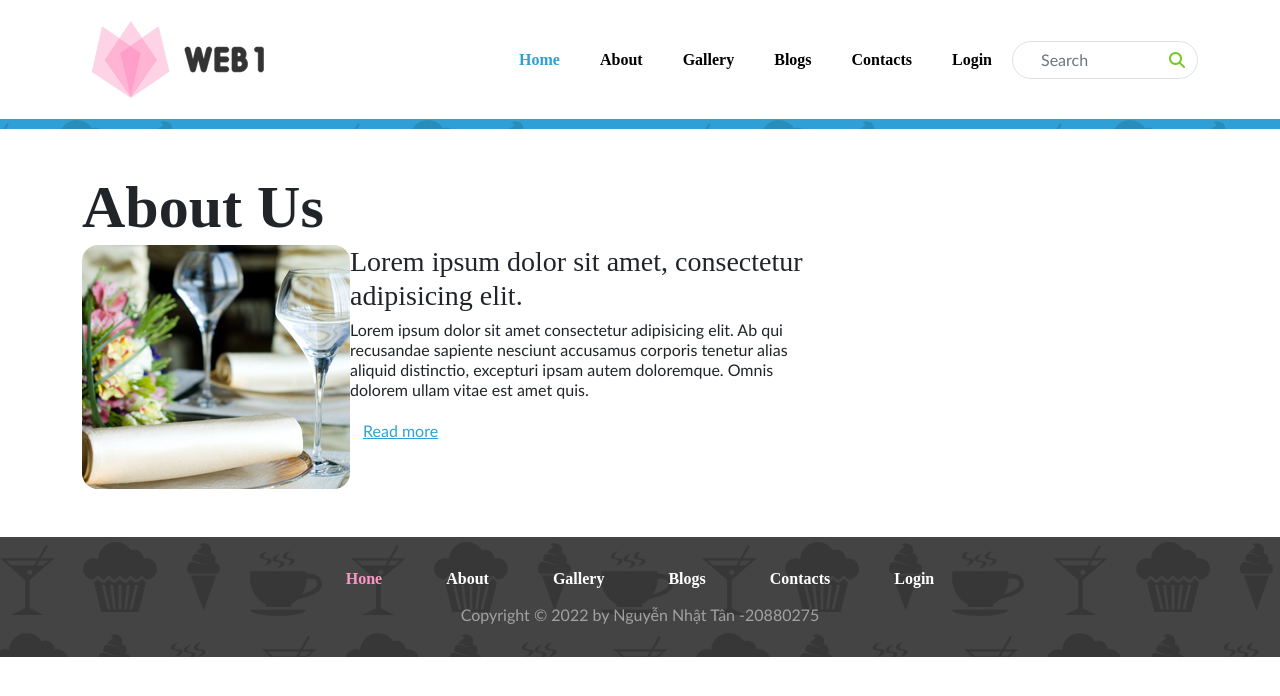
Repository: carembanhkem/web1-20880275
Page: about.html
The author's editor kept a copy of each file at every save. The page is drawn from the files as they stood at one save, then again after the next save.
The browser window is 1280 px wide. The pictures show the whole page.
Some web fonts or font styles are not loaded; a fallback is used. Some web libraries are served in a nearby version.

Above is the page before, as saved 2023-02-06 11:15:50.
Console error: ReferenceError: bootstrap is not defined

### about.html
<!doctype html>
<html lang="en">

<head>
    <title>20880275 - Web1 Project</title>
    <!-- Required meta tags -->
    <meta charset="utf-8">
    <meta name="viewport" content="width=device-width, initial-scale=1, shrink-to-fit=no">
    <!-- Favicon-->
    <link rel="shortcut icon" href="images/favicon.ico" type="image/x-icon">
    <!-- FontAweSome-->
    <script src="https://kit.fontawesome.com/ee054dad92.js" crossorigin="anonymous"></script>
    <!-- Google Fonts -->
    <link rel="preconnect" href="https://fonts.googleapis.com">
    <link rel="preconnect" href="https://fonts.gstatic.com" crossorigin>
    <link href="https://fonts.googleapis.com/css2?family=Changa+One&display=swap" rel="stylesheet">
    <!-- Bootstrap CSS v5.2.1 -->
    <link href="https://cdn.jsdelivr.net/npm/bootstrap@5.2.1/dist/css/bootstrap.min.css" rel="stylesheet"
        integrity="sha384-iYQeCzEYFbKjA/T2uDLTpkwGzCiq6soy8tYaI1GyVh/UjpbCx/TYkiZhlZB6+fzT" crossorigin="anonymous">
    <link rel="stylesheet" href="css/20880275.css">
</head>

<body>
    <header class="container">
        <nav class="navbar navbar-expand-sm navbar-light">
            <a class="navbar-brand" href="#">
                <img src="images/logo.png" alt="Web1 Logo">
            </a>
            <button class="navbar-toggler d-lg-none" type="button" data-bs-toggle="collapse" data-bs-target="#menu-header" aria-controls="menu-header"
                aria-expanded="false" aria-label="Toggle navigation"></button>
            <div class="collapse navbar-collapse" id="menu-header">
                <ul class="navbar-nav ms-auto mt-2 mt-lg-0">
                    <li class="nav-item">
                        <a class="nav-link active" href="index.html" aria-current="page">Home <span class="visually-hidden">(current)</span></a>
                    </li>
                    <li class="nav-item">
                        <a class="nav-link" href="about.html">About</a>
                    </li>
                    <li class="nav-item">
                        <a class="nav-link" href="gallery.html">Gallery</a>
                    </li>
                    <li class="nav-item">
                        <a class="nav-link" href="blogs.html">Blogs</a>
                    </li>
                    <li class="nav-item">
                        <a class="nav-link" href="contact.html">Contacts</a>
                    </li>
                    <li class="nav-item">
                        <a class="nav-link" href="#" data-bs-toggle="modal" data-bs-target="#modalLogin">Login</a>
                    </li>
                </ul>
                <form class="d-flex my-2 my-lg-0 border rounded-pill" id="formSearch">
                    <input class="form-control border-0 ms-3" type="text" placeholder="Search">
                    <button class="btn my-2 my-sm-0 border-0" type="submit"><i class="fa-solid fa-magnifying-glass"></i></button>
                </form>
            </div>
        </nav>
    </header>

    <section id="banner-small">

    </section>

    <section class="container py-5">
        <div class="row">
            <div class="col-8">
                <h1>About Us</h1>
                <div>
                    <img src="images/about-1.jpg" alt="About us" class="float-start rounded-4 me">
                    <h3>Lorem ipsum dolor sit amet, consectetur adipisicing elit.</h3>
                    <p>Lorem ipsum dolor sit amet consectetur adipisicing elit. Ab qui recusandae sapiente nesciunt accusamus corporis tenetur alias aliquid distinctio, excepturi ipsam autem doloremque. Omnis dolorem ullam vitae est amet quis.</p>
                    <a href="#" class="btn btn-link readmore">Read more</a>
                </div>
            </div>
        </div>
    </section>

    <!-- Footer -->
    <footer class="text-center container-fluid text-white py-3">
        <ul class="nav justify-content-center py-3" id="menu-footer">
            <li class="nav-item">
                <a class="nav-link active" href="#" aria-current="page">Hone</a>
            </li>
            <li class="nav-item">
                <a class="nav-link" href="about.html">About</a>
            </li>
            <li class="nav-item">
                <a class="nav-link" href="gallery.html">Gallery</a>
            </li>
            <li class="nav-item">
                <a class="nav-link" href="blogs.html">Blogs</a>
            </li>
            <li class="nav-item">
                <a class="nav-link" href="contact.html">Contacts</a>
            </li>
            <li class="nav-item">
                <a class="nav-link" href="#" data-bs-toggle="modal" data-bs-target="#modalLogin">Login</a>
            </li>
        </ul>
        <p class="text-white-50">Copyright &copy; 2022 by  Nguyễn Nhật Tân -20880275</p>
    </footer>

    <!-- Modal Body -->
    <!-- if you want to close by clicking outside the modal, delete the last endpoint:data-bs-backdrop and data-bs-keyboard -->
    <div class="modal fade" id="modalLogin" tabindex="-1" data-bs-backdrop="static" data-bs-keyboard="false" role="dialog" aria-labelledby="modalTitleId" aria-hidden="true">
        <div class="modal-dialog modal-dialog-scrollable modal-dialog-centered modal-sm" role="document">
            <div class="modal-content">
                <div class="modal-header">
                    <button type="button" class="btn-close" data-bs-dismiss="modal" aria-label="Close"></button>
                </div>
                <div class="modal-body">
                    <form action="#" method="post" id="formLogin">
                        <h3 class="text-center">Login Form</h3>
                        <div class="mb-3">
                            <input type="text" name="username" id="username" placeholder="Username" class="form-control">
                        </div>
                        <div class="mb-3">
                            <input type="password" name="password" id="password" placeholder="Password" class="form-control">
                        </div>
                        <button type="submit" class="form-control btn">Login</button>
                    </form>
                </div>
                <div class="modal-footer">

                </div>
            </div>
        </div>
    </div>


    <!-- Optional: Place to the bottom of scripts -->
    <script>
        const myModal = new bootstrap.Modal(document.getElementById('modalLogin'), options)

    </script>

    <!-- Boostrap JavaScript Libraries -->
    <script src="https://cdn.jsdelivr.net/npm/@popperjs/core@2.11.6/dist/umd/popper.min.js"
        integrity="sha384-oBqDVmMz9ATKxIep9tiCxS/Z9fNfEXiDAYTujMAeBAsjFuCZSmKbSSUnQlmh/jp3" crossorigin="anonymous">
    </script>

    <script src="https://cdn.jsdelivr.net/npm/bootstrap@5.2.1/dist/js/bootstrap.min.js"
        integrity="sha384-7VPbUDkoPSGFnVtYi0QogXtr74QeVeeIs99Qfg5YCF+TidwNdjvaKZX19NZ/e6oz" crossorigin="anonymous">
    </script>
</body>

</html>

### css/20880275.css
:root {
    --web1-pink: #FA97C2;
    --web1-blue: #2FA0D5;
    --web1-green: #73C926;
}

body {
    font-family: 'Trebuchet MS', Arial, Helvetica, sans-serif;
    font-size: 16px;
    line-height: 20px;
}

h1, h2, h3, h4 {
    font-family: 'Changa One', cursive;
    font-weight: 400;
}

h1 {
    font-size: 60px;
    line-height: 60px;
    font-weight: 900;
}

/* Header */
#menu-header a {
    display: block;
    padding: 0 1.25rem;
    font-weight: bold;
    color: black;
    font-family: 'Changa One', cursive;
}
#menu-header a.active {
    color: var(--web1-blue);
}

#formSearch input {
    width: 8rem;
}

#formSearch i {
    color: var(--web1-green);
}

/* Banner */
#banner {
    background-image: url('../images/bg-banner.gif');
}

#banner > div {
    background: url('../images/logo_bg.png') left top no-repeat, url('../images/search_bg.png') right top no-repeat;
    padding: 5rem 0  3rem 0;
}

#banner a {
    background-color: var(--web1-pink);
    font-family: 'Changa One', cursive;
    font-size: 2rem;
}

#banner .carousel-item {
    min-height: 15rem; /*Do chieu cao khong co dinh nen minheight bang cai lon nhat de ko bi xe dich*/
}

#banner .carousel-indicators li {
    width: 1.2rem;
    height: 1.2rem;
    border-radius: 1.2rem; /* de no thanh hinh tron*/
    border: none; /* de no thanh hinh tron vi width = height = border radius*/
    margin: 0 0.25rem;
    position: relative;
}

#banner .carousel-indicators li span {
    position: absolute;
    top: 0.3rem;
    left: 0.3rem;
    width: 0.6rem;
    height: 0.6rem;
    border-radius: 0.6rem;
    border: none;
    text-align:left;
    text-indent: -9999px;
}

#banner .carousel-indicators li.active span{
    background-color: var(--web1-green);
}

/* banner small */
#banner-small {
    background-image: url(../images/bg-banner.gif);
    padding: 5px;
}

/* products */
.readmore {
    color: var(--web1-blue);
    margin-top: -4px;
}

.web1-text-blue {
    color: var(--web1-blue);
}

/* about us */
#aboutus {
    background-color: var(--web1-pink);
}

#formSignUp {
    border-style: dashed !important;
    border-color: rgba(0,0,0,0.5) !important;
}

/* news */
#news .date {
    background-color: var(--web1-green);
    width: 6rem;
    padding: 1.5rem;
}

/* Footer*/
footer {
    background-image: url('../images/bg-footer.gif');
}

#menu-footer a {
    color: white;
    font-weight: bold;
    font-family: 'Changa One', cursive;
    display: block;
    padding: 0 2rem;
}

#menu-footer a.active {
    color: var(--web1-pink);
}

/* Modal Login*/
#formLogin button[type="submit"]{
    background-color: var(--web1-blue);
    color: white;
}

After the next save:
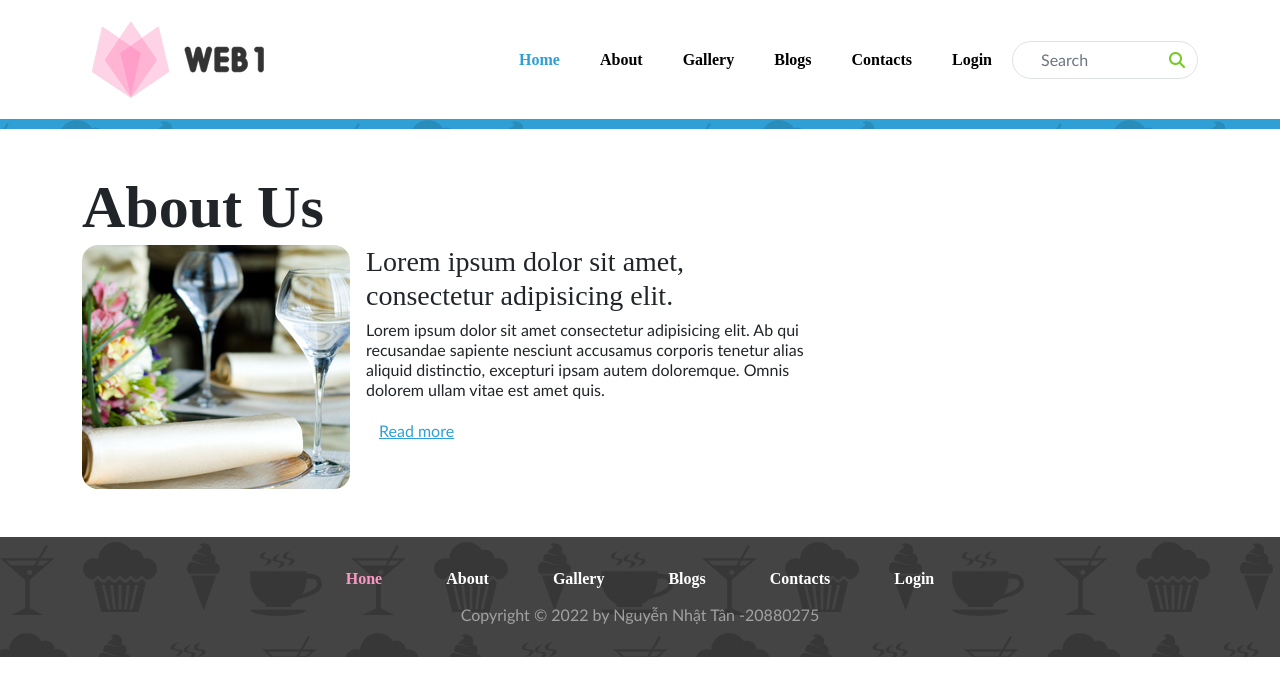
Saved 4 s later.
--- a/about.html
+++ b/about.html
@@ -66,7 +66,7 @@
             <div class="col-8">
                 <h1>About Us</h1>
                 <div>
-                    <img src="images/about-1.jpg" alt="About us" class="float-start rounded-4 me">
+                    <img src="images/about-1.jpg" alt="About us" class="float-start rounded-4 me-3">
                     <h3>Lorem ipsum dolor sit amet, consectetur adipisicing elit.</h3>
                     <p>Lorem ipsum dolor sit amet consectetur adipisicing elit. Ab qui recusandae sapiente nesciunt accusamus corporis tenetur alias aliquid distinctio, excepturi ipsam autem doloremque. Omnis dolorem ullam vitae est amet quis.</p>
                     <a href="#" class="btn btn-link readmore">Read more</a>
